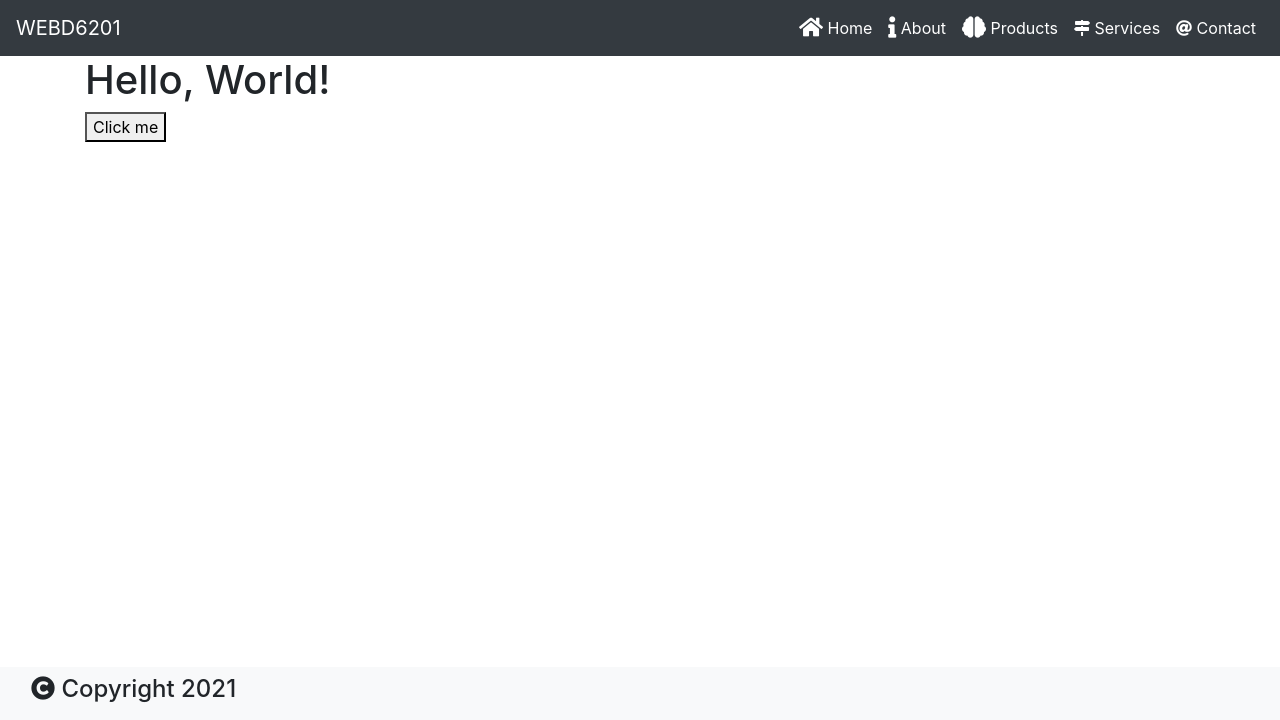
Repository: deividwsantoss/WEBD6201-W2021-Week1-lab1
Page: index.html
These files come from the project's save history. The page is drawn as it stood at one moment and after the next save; the edit follows.
The browser window is 1280 px wide. The pictures show the whole page.

Above is the page before, as saved 2021-02-01 21:03:26.

### index.html
<!DOCTYPE html>
<html lang="en">
<head>
    <meta charset="UTF-8">
    <meta name="viewport" content="width=device-width, initial-scale=1.0">
    <title>Hello, World!</title>
    <!-- CSS SEction -->
    <link rel="stylesheet" href="./node_modules/bootstrap/dist/css/bootstrap.min.css">
    <link rel="stylesheet" href="./node_modules/@fortawesome/fontawesome-free/css/all.min.css">
    <link rel="stylesheet" href="./Content/app.css">
</head>
<body>
    <!-- Main Nav -->
    <header>
    <nav class="navbar navbar-expand-lg navbar-dark bg-dark">
        <a class="navbar-brand" href="#">WEBD6201</a>
        <button class="navbar-toggler" type="button" data-toggle="collapse" data-target="#navbarSupportedContent" aria-controls="navbarSupportedContent" aria-expanded="false" aria-label="Toggle navigation">
          <span class="navbar-toggler-icon"></span>
        </button>
        <div class="collapse navbar-collapse" id="navbarSupportedContent">
          <ul class="navbar-nav ml-auto">

            <li class="nav-item">
              <a class="nav-link active" href="#"><i class="fas fa-home fa-lg"></i> Home <span class="sr-only">(current)</span></a>
            </li>

            <li class="nav-item ">
                <a class="nav-link active" href="#"><i class="fas fa-info fa-lg"></i> About  <span class="sr-only">(current)</span></a>
            </li>
            <li class="nav-item ">
                <a class="nav-link active" href="#"><i class="fas fa-brain fa-lg"></i> Products  <span class="sr-only">(current)</span></a>
            </li>
            <li class="nav-item ">
                <a class="nav-link active" href="#"><i class="fas fa-map-signs"></i> Services  <span class="sr-only">(current)</span></a>
            </li>
            <li class="nav-item ">
                <a class="nav-link active" href="#"><i class="fas fa-at"></i> Contact  <span class="sr-only">(current)</span></a>
            </li>
          </ul>
            </div>
      </nav>
    </header>

        <main class="container">
            <h1>Hello, World!</h1>
            <button> Click me</button>
        </main>


        <footer>
            <nav class="navbar fixed-bottom navbar-light bg-light">
                <div class="container-fluid">
                  <h4><i class="fas fa-copyright"></i> Copyright 2021 </h4>
                </div>
              </nav>
        </footer>




    <!-- JavaScript Section -->
        <script src="./node_modules/jquery/dist/jquery.min.js"></script>
        <script src="./node_modules/bootstrap/dist/js/bootstrap.bundle.min.js"></script>
        <script src="./Scripts/app.js"></script>
</body>
</html>

### Content/app.css
/* Custom css goes here */

### Scripts/app.js
/* Custom scripts goes here */

//IIFE - Immediately invoked function expression
//AKA: Anonymous Self-Executing Function

(function()
{

    //initialization function
    function Start()
    {
        console.log("App Started...");
    }

    //event listener
    window.addEventListener("load",Start);

})();

Loaded but not shown: node_modules/bootstrap/dist/css/bootstrap.min.css (library); node_modules/@fortawesome/fontawesome-free/css/all.min.css (library); node_modules/jquery/dist/jquery.min.js (library); node_modules/bootstrap/dist/js/bootstrap.bundle.min.js (library)

After the next save:
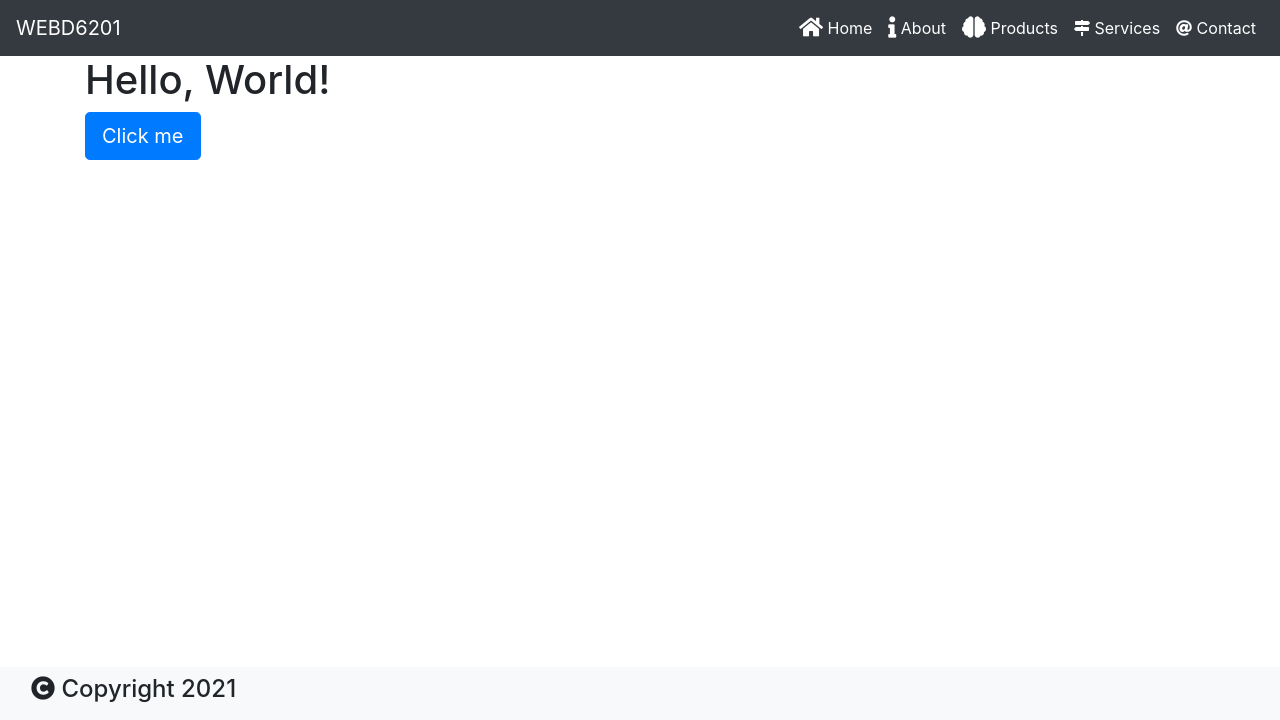
Saved 46 s later.
--- a/index.html
+++ b/index.html
@@ -43,7 +43,7 @@
 
         <main class="container">
             <h1>Hello, World!</h1>
-            <button> Click me</button>
+            <button class="btn btn-primary btn-lg"> Click me</button>
         </main>
 
 
